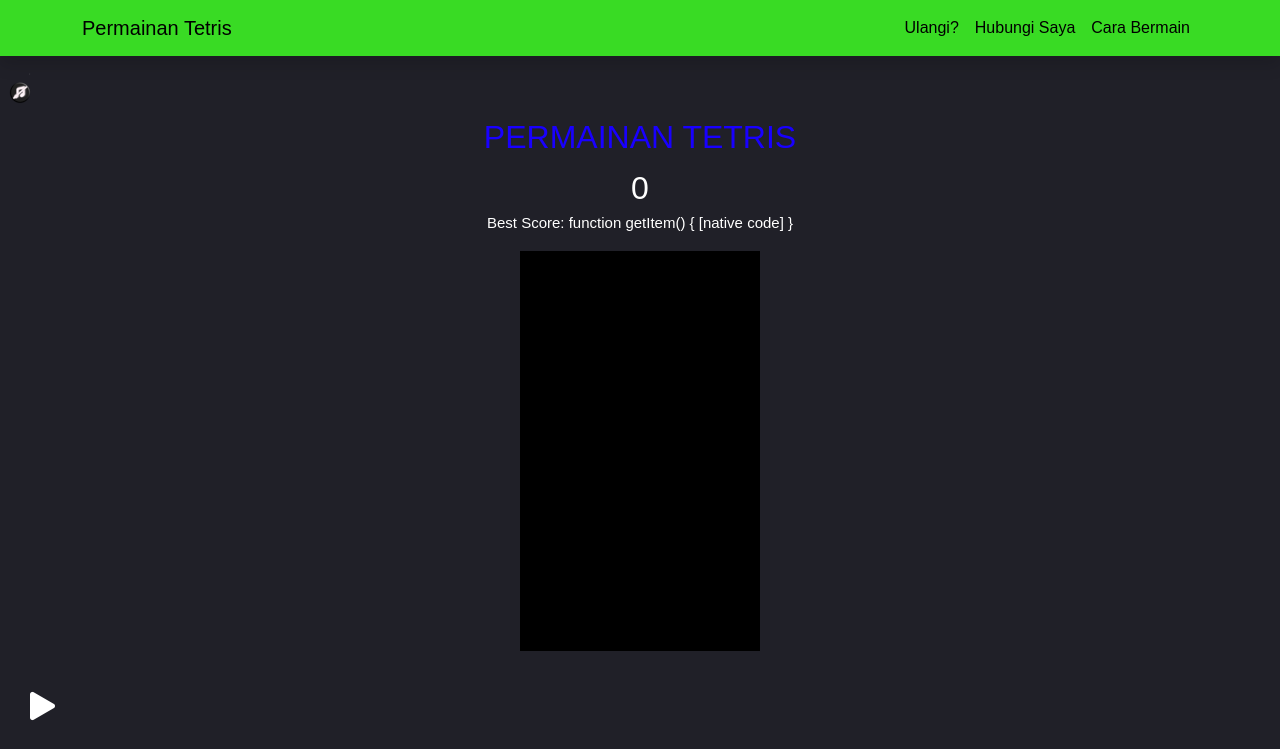
Repository: GwendiWisnuAnggoro/GwendiWisnuAnggoro.github.io
Page: Bahasa Indonesia/game/Tetris/tetris.html
These files come from the project's save history. The page is drawn as it stood at one moment and after the next save; the edit follows.
The browser window is 1280 px wide. The pictures show the whole page.

Above is the page before, as saved 2023-02-07 19:44:58.
Console error: TypeError: Cannot read properties of null (reading 'forEach')

### Bahasa Indonesia/game/Tetris/tetris.html
<!DOCTYPE html>
<html lang="en">
<head>
    <meta charset="UTF-8">
    <link href="https://cdn.jsdelivr.net/npm/bootstrap@5.3.0-alpha1/dist/css/bootstrap.min.css" rel="stylesheet" integrity="sha384-GLhlTQ8iRABdZLl6O3oVMWSktQOp6b7In1Zl3/Jr59b6EGGoI1aFkw7cmDA6j6gD" crossorigin="anonymous">
    <link rel="stylesheet" href="https://cdn.jsdelivr.net/npm/bootstrap-icons@1.10.3/font/bootstrap-icons.css">
    <meta http-equiv="X-UA-Compatible" content="IE=edge">
    <meta name="viewport" content="width=device-width, initial-scale=1.0">
    <title>Permainan Tetris</title>
</head>
<body>
    <!-- akhir navbar -->
  <nav class="navbar navbar-expand-lg navbar-light shadow fixed-top" style="background-color: rgb(57, 219, 36);">
    <div class="container-sm">
      <span class="navbar-brand" href="#">Permainan Tetris</span>
      <button class="navbar-toggler" type="button" data-bs-toggle="collapse" data-bs-target="#navbarNav" aria-controls="navbarNav" aria-expanded="false" aria-label="Toggle navigation">
        <span class="navbar-toggler-icon"></span>
      </button>
      <div class="collapse navbar-collapse" id="navbarNav">
        <ul class="navbar-nav ms-auto">
          <li class="nav-item">
            <a class="nav-link active" aria-current="page" href="../Tetris/tetris.html">Ulangi?</a>
          </li>
          <li class="nav-item">
            <a class="nav-link active" href="../../../contact me/ContactMe.html">Hubungi Saya</a>
          </li>
          <li class="nav-item">
            <a class="nav-link active" href="../Tutorials/Tetris/TutorTetris.html">Cara Bermain</a>
            </li>
        </ul>
      </div>
    </div>
  </nav>
<!-- akhir navbar -->
<br>
<br>
<br>
     <!-- awal toogle music -->
     <button id="play"></button>
     <!-- akhir toogle music -->


    <center>
    <link rel="stylesheet" type="text/css" href="tetris.css">
    <div class="pembungkus">
    <h2>PERMAINAN TETRIS</h2>
    <section class="Kalah">
      <h3>Game Over!</h3>
     </section>
    <div id="score">0</div>
    <div class="bestscore">
      <p>Best Score: <span id="Best_Score">0</span></p>
    </div>
    <canvas id="tetris" width="240" height="400"></canvas>
</div>
</center>


<div class="bungkus">
  <button type="button" onclick="" class="btn Mulai_HP" id="Mulai">
    <span>
      <i class="bi bi-play-fill"></i>
    </span>
  </button>
  <button type="button" onclick="" class="btn btn12" id="tmblAtas" >
  <img class="simbol" src="Munggah.png" />
  </button>
  <button type="button" onclick="" class="btn btn13" id="tmblBawah">
  <img class="simbol" src="Midun.png"/>
  </button>
  <button type="button" onclick="" class="btn2 btn14" id="tmblKiri">
  <img class="simbol" src="Ngiwa.png"/>
  </button>
  <button type="button" onclick="" class="btn4 btn15" id="tmblKanan">
  <img class="simbol" src="Nengen.png"/>
  </button>
</div>

<div class="PC">
  <button type="button" onclick="" class="btn Mulai_PC" id="MulaiPC">
    <span>
      <i class="bi bi-play-fill tombolMulaiPC"></i>
    </span>
  </button>
</div>
 <!-- <button type="button" id="Mulai">Mulai</button> -->
    <script src="tetris.js"></script>
    <script src="https://cdn.jsdelivr.net/npm/bootstrap@5.3.0-alpha1/dist/js/bootstrap.bundle.min.js" integrity="sha384-w76AqPfDkMBDXo30jS1Sgez6pr3x5MlQ1ZAGC+nuZB+EYdgRZgiwxhTBTkF7CXvN" crossorigin="anonymous"></script>
</body>
</html>

### Bahasa Indonesia/game/Tetris/tetris.css
h2 {
    font-family: arial;
    text-align: center;
    color: rgb(25, 0, 255);
}
.simbol{
	width: 100%;
	height: 100%;
}
.btn12{
	margin-top: -100px;
	margin-left: 250px;
}
.btn13{
	margin-top: 95px;
	margin-left: 50px;
}
.btn14{
	margin-left: -150px;

}

.btn{

	width: 85px;
	height: 85px;

}
.bungkus{
	position: fixed;
	margin-top: -250px;
	margin-left: 10%;
	opacity: 0.5;
}

.btn2,.btn4{
	background: rgba(0, 0, 0, 0);
	width: 85px;
	height: 85px;



}
body {
    background: #202028;
    color: white;
    font-family: sans-serif;
}


button {
	border: none;
	width: 40px;
	height: 40px;
	cursor: pointer;
	background-color: #202028;
	outline: none;
}




#play{
	background-image: url("../../img/StopSong.png");
}


.pembungkus{
    font-size: 2em;
    align-items: center;
}
.Kalah h3{
	text-align: center;
	color: red;
}
.Kalah{
	display: none;
}

#Mulai_HP{
	color: white;
}
#Mulai_PC{
	color: white;
}
.bi-play-fill{
	color: white;
	font-size: 50px;
	opacity: 1;
}

.tombolMulaiPC{
		color: white;
	font-size: 50px;
	opacity: 1;
	margin-top: -50%;
}
.PC{
	display: none;
}
.bestscore p{
	font-size: 15px;
}
/* tablet */
@media screen and (min-width: 768px){

	.PC{
		display: none;
	}

}

/* destop */
@media screen and (min-width: 800px){
	.bungkus{
		display: none;
	}
	.PC{
		display: block;
	}

}

### Bahasa Indonesia/game/Tetris/tetris.js
const canvas = document.getElementById('tetris');
const context = canvas.getContext('2d');
var tombolAtas = document.getElementById("tmblAtas");
var tombolBawah = document.getElementById("tmblBawah");
var tombolKiri = document.getElementById("tmblKiri");
var tombolKanan = document.getElementById("tmblKanan");

let Muter = new Audio();
Muter.src="Backsound Muter.mp3";

let KiriKananBawah = new Audio();
KiriKananBawah.src="Kiri Kanan Backsound.mp3"

let LarikHilang = new Audio();
LarikHilang.src="1 Larik Hilang.mp3"

let Kalah = new Audio();
Kalah.src = "Kalah.mp3"

let Best_Score = document.getElementById("Best_Score");

context.scale(20, 20);

function arenaSweep() {
    let rowCount = 1;
    outer: for (let y = arena.length - 1; y > 0; -- y) {
        for (let x = 0; x < arena[y].length; ++x) {
            if (arena [y][x] === 0) {
                continue outer;
            }
        }

        const row = arena.splice(y, 1)[0].fill(0);
        arena.unshift(row);
        ++y;

        player.score += rowCount * 10;
        rowCount *= 2;
        LarikHilang.play();
    }
}


function collide(arena, player) {
    const [m, o] = [player.matrix, player.pos];
    for (let y = 0; y < m.length; ++y) {
        for (let x = 0; x < m[y].length; ++x) {
            if (m[y][x] !== 0 &&
                (arena[y + o.y] &&
                arena[y + o.y][x + o.x]) !== 0) {
                return true;
            }
        }
    }
    return false;
}

function creatMatrix(w, h) {
    const matrix = [];
    while (h--) {
        matrix.push(new Array(w).fill(0));
    }
    return matrix;
}

function createPiece(type) {
    if (type === 'T') {
        return [
            [0, 0, 0],
            [1, 1, 1],
            [0, 1, 0],
        ];
    } else if (type === 'O') {
        return [
            [2, 2],
            [2, 2],
        ];
    } else if (type === 'L') {
        return [
            [0, 3, 0],
            [0, 3, 0],
            [0, 3, 3],
        ];
    } else if (type === 'J') {
        return [
            [0, 4, 0],
            [0, 4, 0],
            [4, 4, 0],
        ];
    } else if (type === 'I') {
        return [
            [0, 5, 0, 0],
            [0, 5, 0, 0],
            [0, 5, 0, 0],
            [0, 5, 0, 0],
        ];
    } else if (type === 'S') {
        return [
            [0, 6, 6],
            [6, 6, 0],
            [0, 0, 0],
        ];
    } else if (type === 'Z') {
        return [
            [7, 7, 0],
            [0, 7, 7],
            [0, 0, 0],
        ];

    }

}

function draw() {
    context.fillStyle = '#000';
    context.fillRect(0, 0, canvas.width, canvas.height);

    drawMatrix(arena, {x: 0,y: 0});
    drawMatrix(player.matrix, player.pos);
}

function drawMatrix(matrix, offset) {
    matrix.forEach((row, y) => {
        row.forEach((value, x) => {
            if (value !== 0) {
                context.fillStyle = colors[value];
                context.fillRect(x + offset.x,
                                 y + offset.y,
                                 1, 1);
            }
        });
    });
}

function merge(arena, player) {
    player.matrix.forEach((row, y) => {
        row.forEach((value, x) => {
            if(value !== 0) {
                arena[y + player.pos.y][x + player.pos.x] = value;
            }
        });
    });
}

function playerDrop() {
    player.pos.y++;
    if (collide(arena, player)) {
        player.pos.y--;
        merge(arena, player);
        playerReset();
        arenaSweep();
        updateScore();

    }
    dropCounter = 0;
}

function GameOver(){
    console.log("Kalah")
    Kalah.play()
    document.querySelector(".Kalah").style.display = "block"
    return playerDrop = function(){}

}

function playerMove(dir) {
    player.pos.x += dir;
    if (collide(arena, player)) {
        player.pos.x -= dir;
    }
}

function playerReset() {

    const pieces = 'TOLJISZ';
    player.matrix = createPiece(pieces[pieces.length * Math.random() | 0]);
    player.pos.y = 0;
    player.pos.x = (arena[0].length / 2 | 0) -
                   (player.matrix[0].length / 2 | 0);
    if (collide(arena, player)) {
        // arena.forEach(row => row.fill(0));
        // player.score = 0;
        // updateScore();
        GameOver();

    }
}


function playerRotate(dir) {
    const pos = player.pos.x;
    let offset = 1;
    rotate(player.matrix, dir);
    while (collide(arena, player)) {
        player.pos.x += offset;
        offset =- (offset + (offset > 0 ? 1 : -1));
        if (offset > player.matrix[0].length) {
            rotate(player.matrix, dir);
            player.pos.x = pos;
            return;
        }
    }
}

function rotate(matrix, dir) {
    for (let y = 0; y < matrix.length; ++y) {
        for (let x = 0; x < y; ++x) {
            [
                matrix[x][y],
                matrix[y][x],
            ] = [
                matrix[y][x],
                matrix[x][y],
            ];
        }
    }

    if (dir > 0) {
        matrix.forEach(row => row.reverse());
    } else {
        matrix.reverse();
    }
}

let dropCounter = 0;
let dropInterval = 1000;

let lastTime = 0;
function update(time = 0) {
    const deltaTime = time - lastTime;
    lastTime = time;

    dropCounter += deltaTime;
    if (dropCounter > dropInterval) {
        playerDrop();
    }

    draw();
    requestAnimationFrame(update);
}

function updateScore() {
    document.getElementById('score').innerText = player.score;
    SistemBestScore(player.score)
}

const colors = [
    null,
    'red',
    'blue',
    'violet',
    'lime',
    '#ffff00',
    'orange',
    'pink',
];

const arena = creatMatrix(12, 20);

const player = {
    pos: {x: 0, y: 0},
    matrix: null,
    score: 0,
}
tombolKanan.addEventListener("click", fKanan);
tombolKiri.addEventListener("click", fKiri);
tombolAtas.addEventListener("click", fAtas);
tombolBawah.addEventListener("click", fBawah);

function fKanan(){
    if(event) {
        playerMove(1);
        KiriKananBawah.play();


    }
}
function fKiri(){
    if(event) {
        playerMove(-1);
        KiriKananBawah.play();
    }
}
function fAtas(){

    if(event) {
        playerRotate(-1);
        Muter.play();
    }

}
function fBawah(){
    if(event) {
        playerDrop(); KiriKananBawah.play();


    }
}
// document.addEventListener('keydown', event => {

//     if (event.keyCode === 37 || event.keyCode === 65) {
//         playerMove(-1); KiriKananBawah.play();
//     } else if (event.keyCode === 39 || event.keyCode == 68) {
//         playerMove(1); KiriKananBawah.play();
//     } else if (event.keyCode === 40 || event.keyCode == 83) {
//         playerDrop(); KiriKananBawah.play();
//     } else if (event.keyCode === 81) {
//         playerRotate(-1); Muter.play();
//     } else if (event.keyCode === 32) {
//         playerRotate(1); Muter.play();
//     }
// });

let timer;
document.addEventListener('keydown', event => {
if (event.keyCode === 37 || event.keyCode === 65) {
playerMove(-1); KiriKananBawah.play();
} else if (event.keyCode === 39 || event.keyCode == 68) {
playerMove(1); KiriKananBawah.play();
} else if (event.keyCode === 40 || event.keyCode == 83) {
playerDrop(); KiriKananBawah.play();
} else if (event.keyCode === 81 || event.keyCode === 32) {
if (timer) {
return;
}
timer = setTimeout(() => {
timer = null;
}, 1000);
event.keyCode === 81 ? playerRotate(-1) : playerRotate(1);
Muter.play();
}
});

document.addEventListener('keyup', () => {
clearTimeout(timer);
timer = null;
});
// else if (event.keyCode === 39 || event.keyCode == 68) {
//     playerMove(1); KiriKananBawah.play();
// } else if (event.keyCode === 40 || event.keyCode == 83) {
//     playerDrop(); KiriKananBawah.play();
// } else if (event.keyCode === 81) {
//     playerRotate(-1); Muter.play();
// } else if (event.keyCode === 32) {
//     playerRotate(1); Muter.play();
// }

function SistemBestScore(score){
    let BestScore = 0;
    if(!localStorage.getItem("Best2")){
       localStorage.setItem("Best2", "0");

    } else{
        localStorage.getItem("Best2");

    }
    if(BestScore !== null){
        if(score > localStorage.getItem("Best2")){
            localStorage.setItem("Best2", score)
        }
    }else{
        localStorage.setItem("Best2", score)
    }
}

Best_Score.innerText = localStorage.getItem
document.getElementById("Mulai").addEventListener("click", ()=>{
    playerReset();
    updateScore();
    update();
    document.getElementById("Mulai").style.display = "none";
})
document.getElementById("MulaiPC").addEventListener("click", ()=>{
    playerReset();
    updateScore();
    update();
    document.getElementById("MulaiPC").style.display = "none";
})
draw();



// musik program
var musik = new Audio();
musik.src="Tetris Backsound.mp3"
musik.loop=true;
musik.pause();

function mulaiAudio(){
    var play=document.getElementById('play');

        play.addEventListener('click',fplay);

        function fplay(){
            if(musik.paused){
                musik.play();
                play.style.background="url(../../img/PlaySong.png)";
            }else{
                musik.pause();
                play.style.background="url(../../img/StopSong.png)";
            }
        }
    }




    window.addEventListener('load', mulaiAudio)

After the next save:
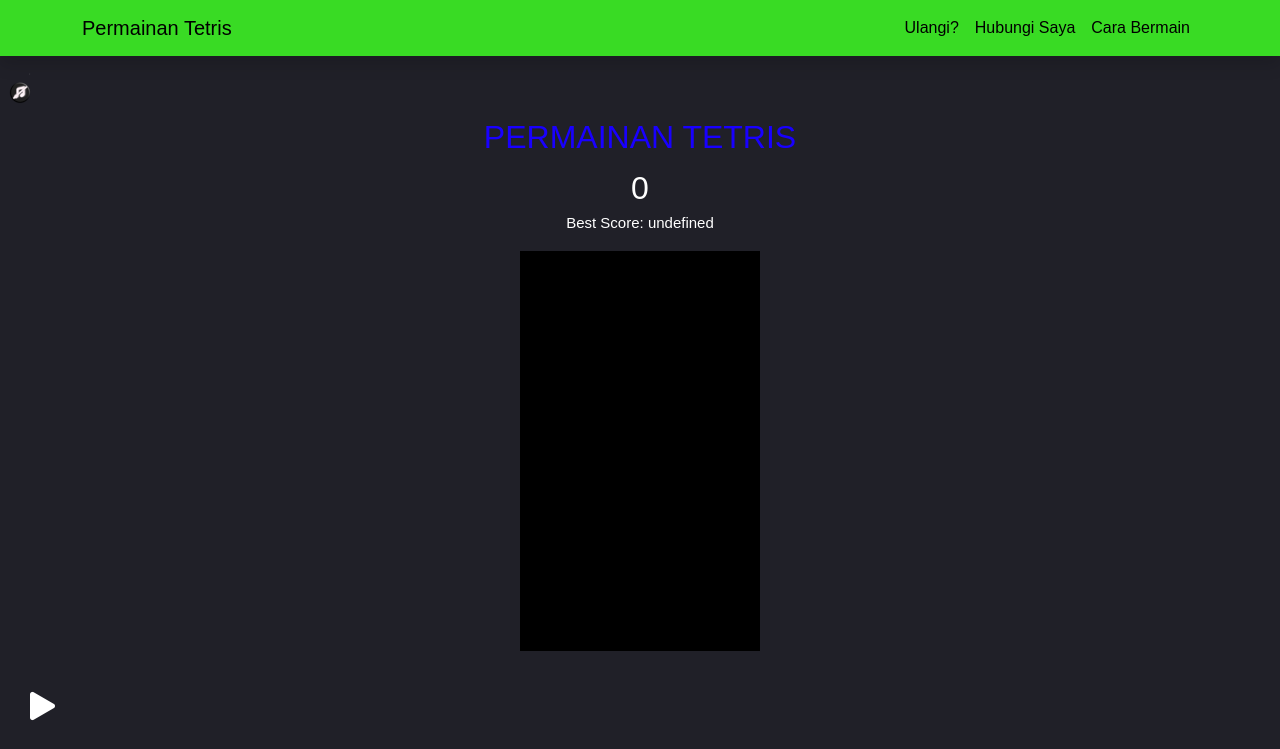
Saved 5 s later.
--- a/Bahasa Indonesia/game/Tetris/tetris.js
+++ b/Bahasa Indonesia/game/Tetris/tetris.js
@@ -363,7 +363,7 @@ function SistemBestScore(score){
     }
 }
 
-Best_Score.innerText = localStorage.getItem
+Best_Score.innerText =
 document.getElementById("Mulai").addEventListener("click", ()=>{
     playerReset();
     updateScore();
